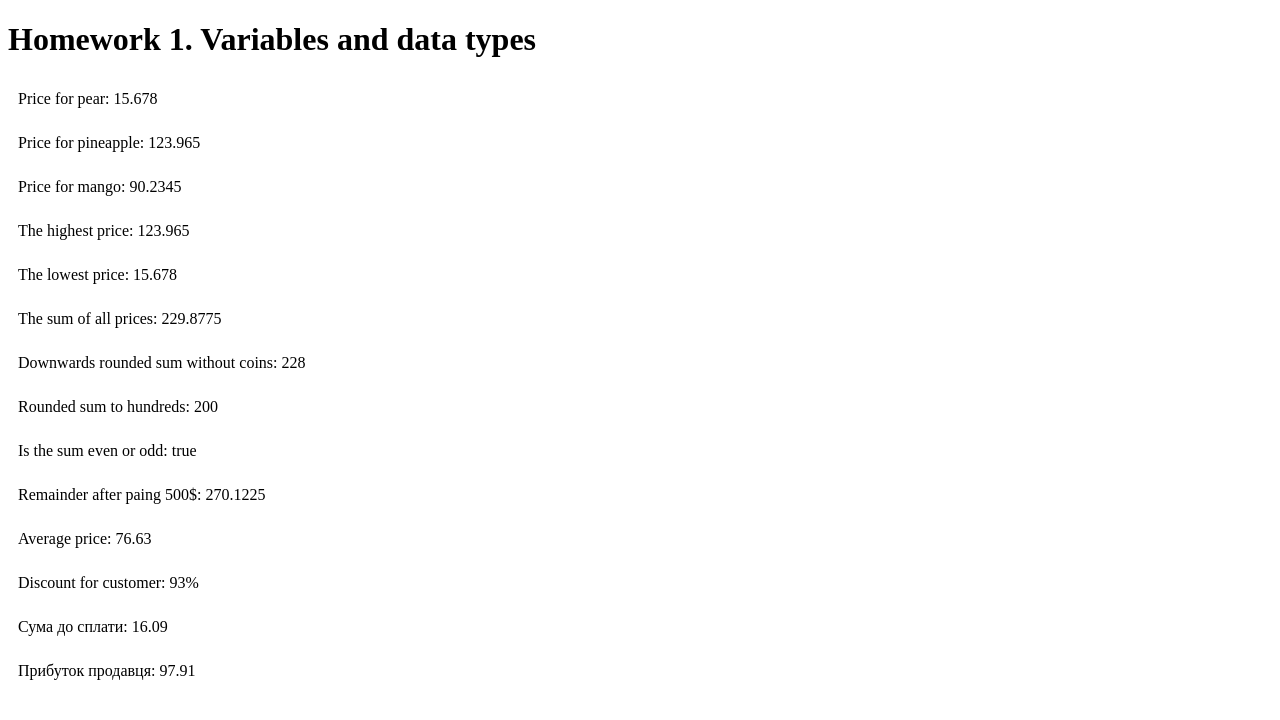
Repository: mariiastetsko/cursor-js-hw
Page: HW1/index.html
An editor plug-in stored every save of this project. The page is shown before and after the next save, followed by the edit.
The browser window is 1280 px wide. The pictures show the whole page.

Above is the page before, as saved 2020-07-22 22:49:28.

After the next save:
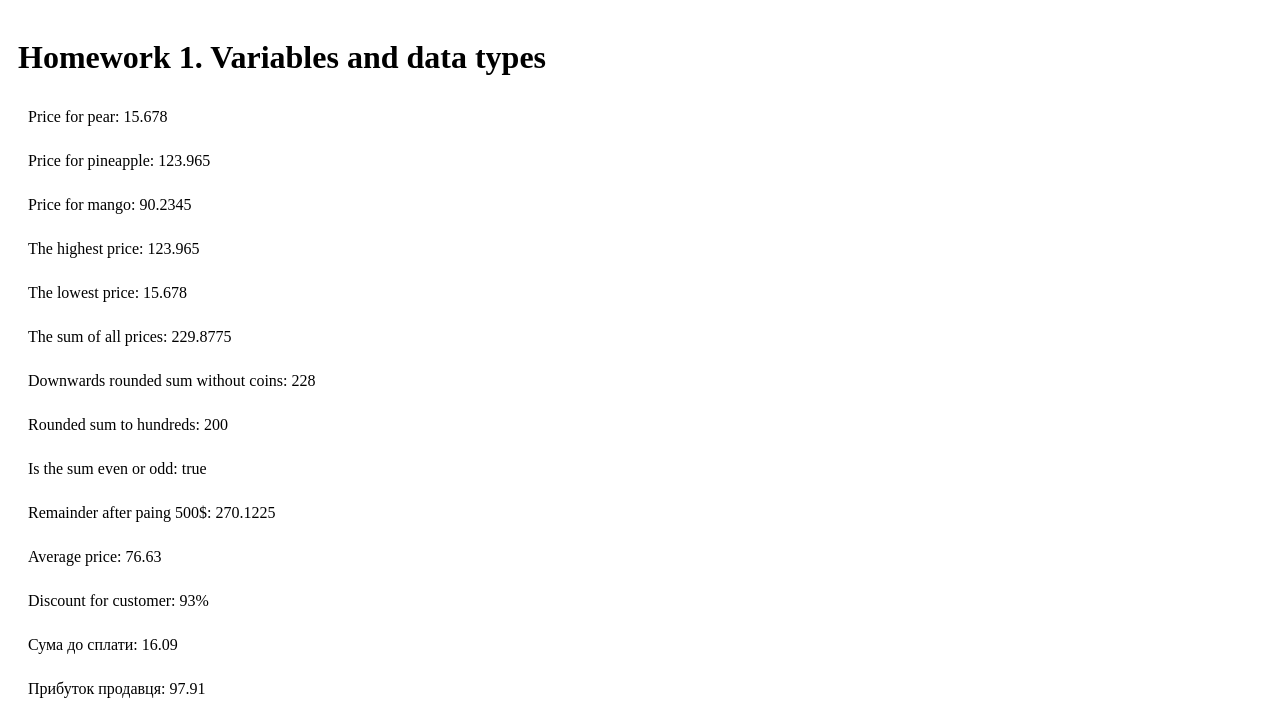
Saved 5 s later.
--- a/HW1/index.html
+++ b/HW1/index.html
@@ -5,7 +5,7 @@
     <meta name="viewport" content="width=device-width, initial-scale=1.0" />
     <title>HW1. Variables and data types</title>
     <style>
-      p {padding: 10px 0px 0px 10px;}
+      body {padding: 10px 0px 0px 10px;}
       p {padding: 10px 0px 0px 10px;}
     </style>
   </head>

After the 2 saves that followed:
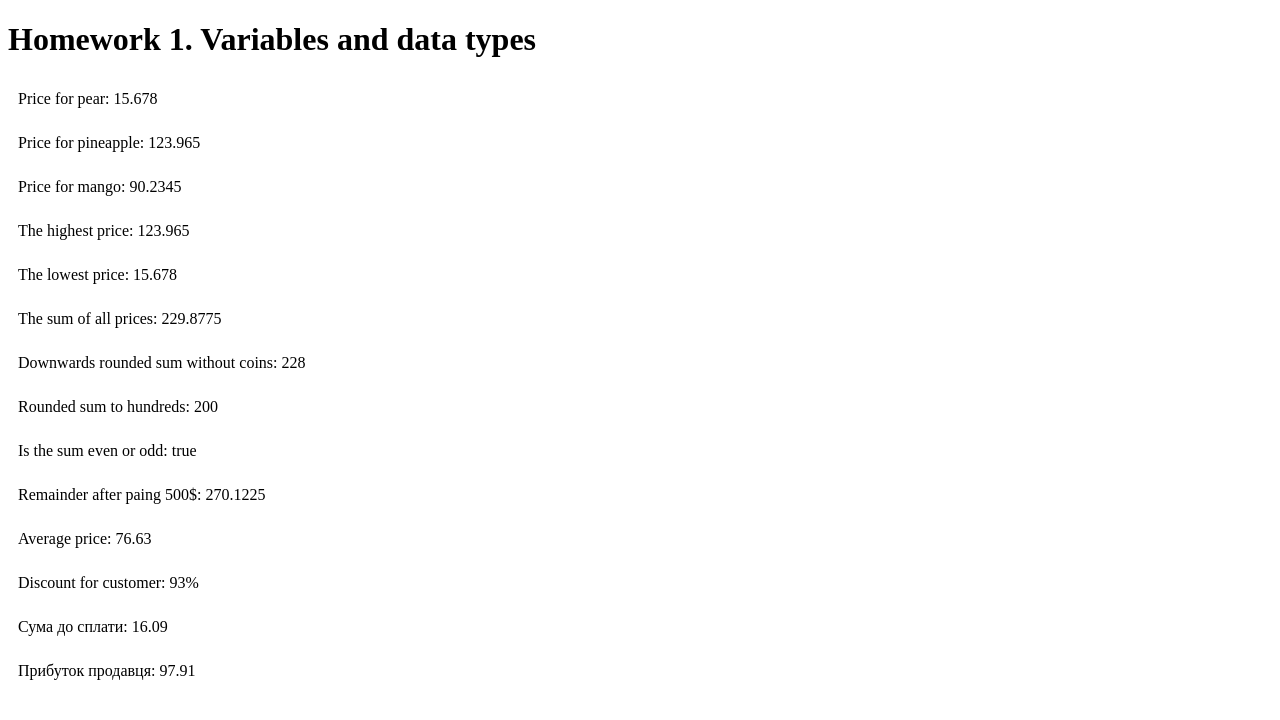
The 2 saves are shown as one change because they came seconds apart.
The last was saved 39 s later.
--- a/HW1/index.html
+++ b/HW1/index.html
@@ -5,7 +5,7 @@
     <meta name="viewport" content="width=device-width, initial-scale=1.0" />
     <title>HW1. Variables and data types</title>
     <style>
-      body {padding: 10px 0px 0px 10px;}
+      body {background-color: 10px 0px 0px 10px;}
       p {padding: 10px 0px 0px 10px;}
     </style>
   </head>
